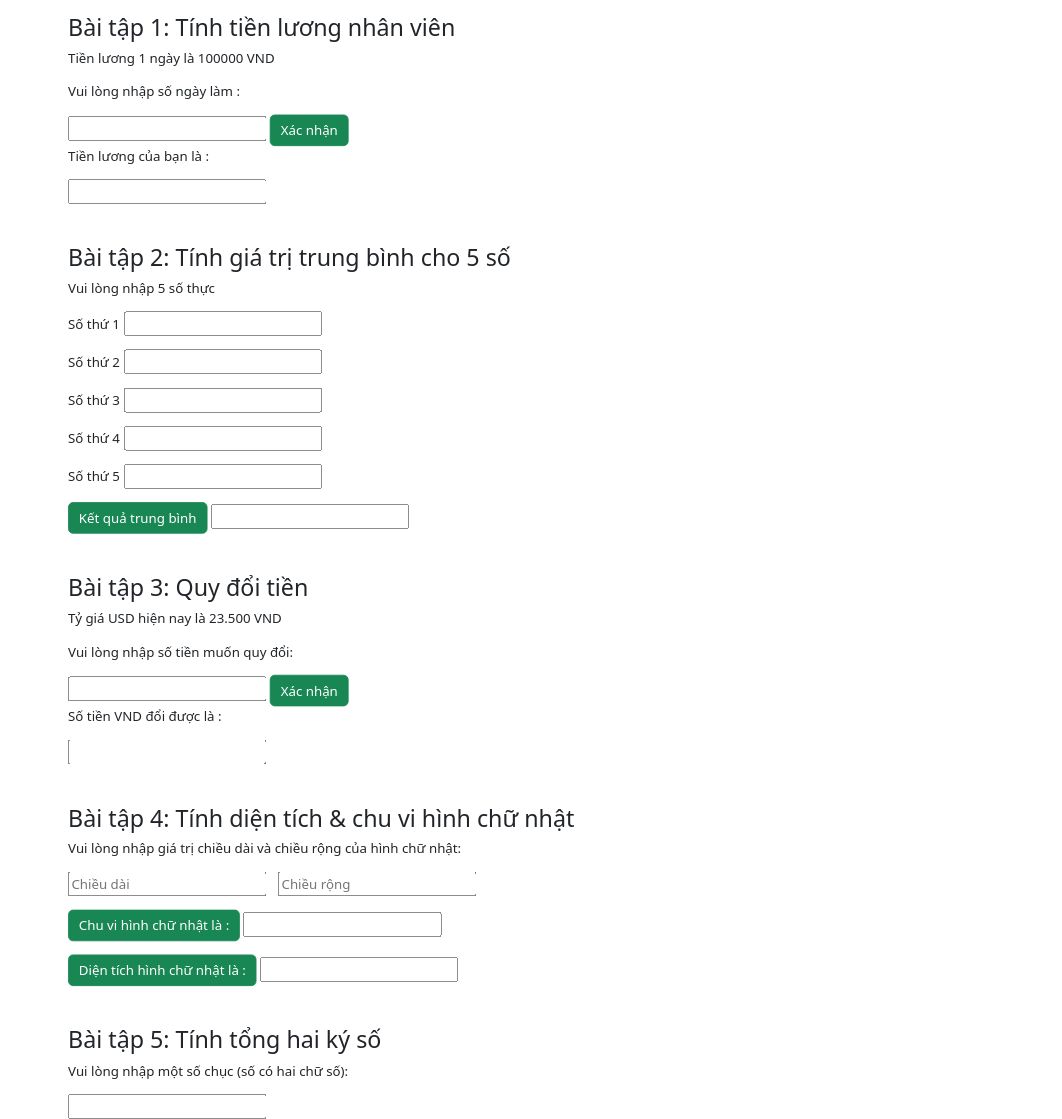
Repository: hcozyph/TranHuuPhuoc_BC43_BT_JS_Buoi2
Page: index.html
An editor plug-in stored every save of this project. The page is shown before and after the next save, followed by the edit.
The browser window is 1280 px wide. The pictures show the whole page, at 83% of full size.

Above is the page before, as saved 2023-01-21 23:25:17.

After the next save:
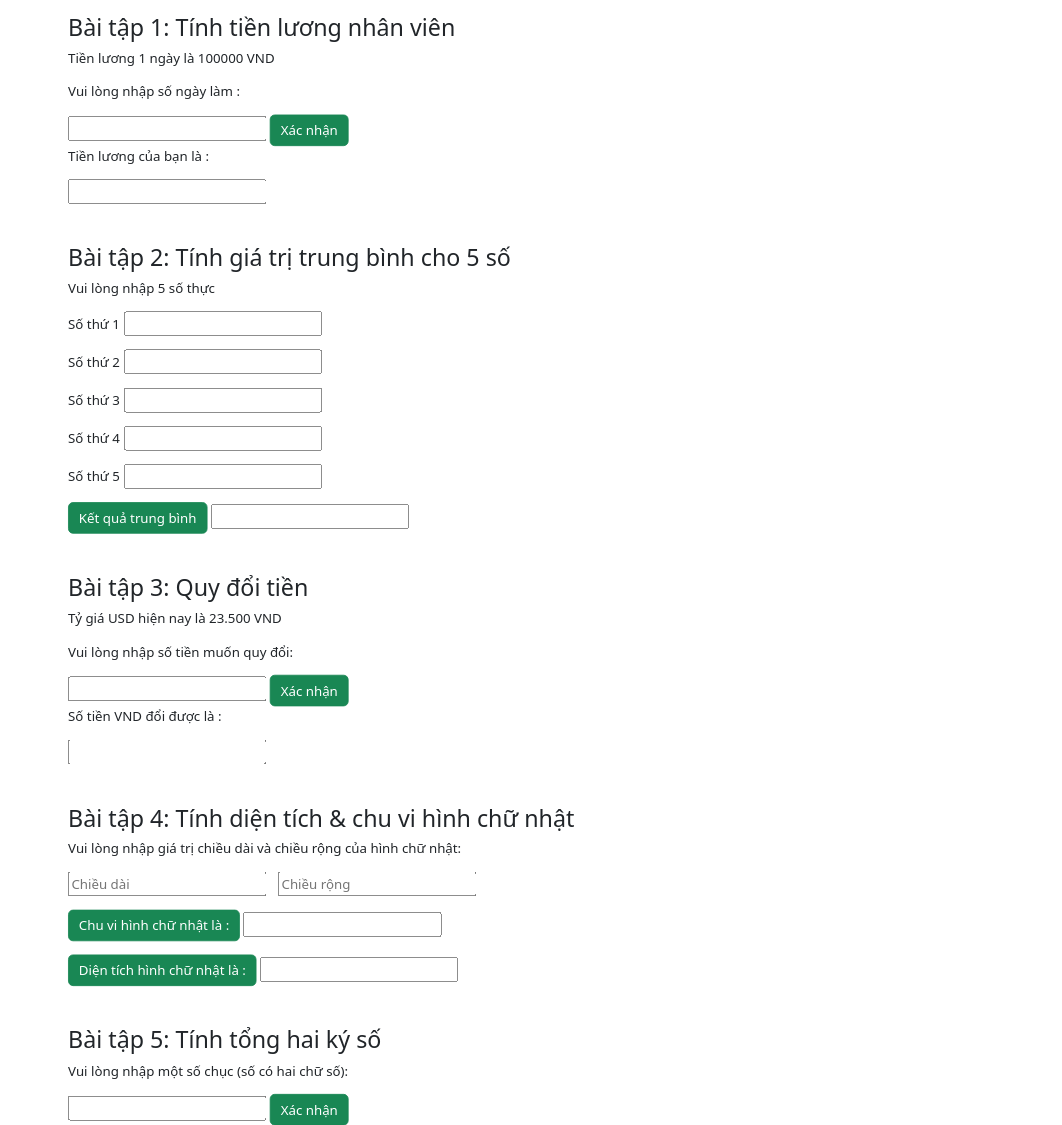
Saved 2 min 2 s later.
--- a/index.html
+++ b/index.html
@@ -129,6 +129,7 @@
                 <h1 class="fs-3 mt-5">Bài tập 5: Tính tổng hai ký số</h1>
                 <p>Vui lòng nhập một số chục (số có hai chữ số):</p>
                 <input type="number" id="inputSoChuc" />
+                <button class="btn btn-success">Xác nhận</button>
             </div>
         </div>
 
